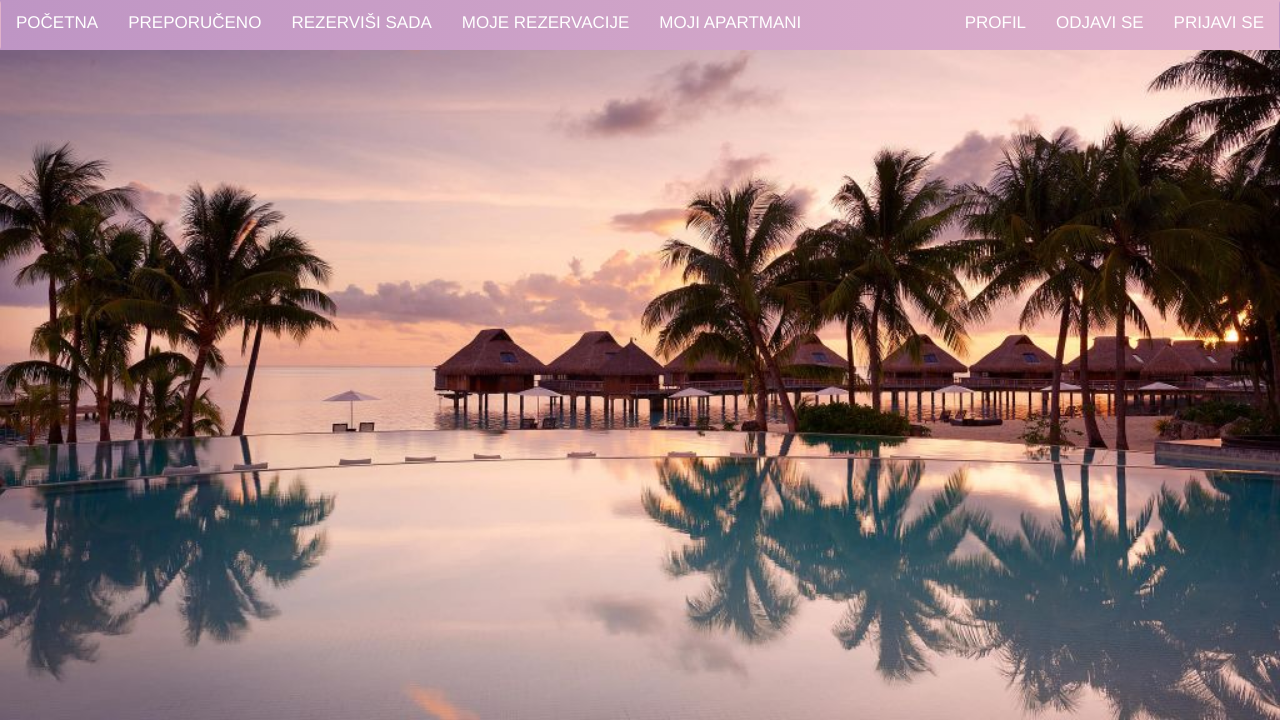
Repository: FTN-E2-materials/WEB
Page: BookingApp/static/index.html
The author's editor kept a copy of each file at every save. The page is drawn from the files as they stood at one save, then again after the next save.
The browser window is 1280 px wide. The pictures show the whole page.
The page's requests for data from a server got no answer.

Above is the page before, as saved 2020-08-27 23:15:21.

After the next save:
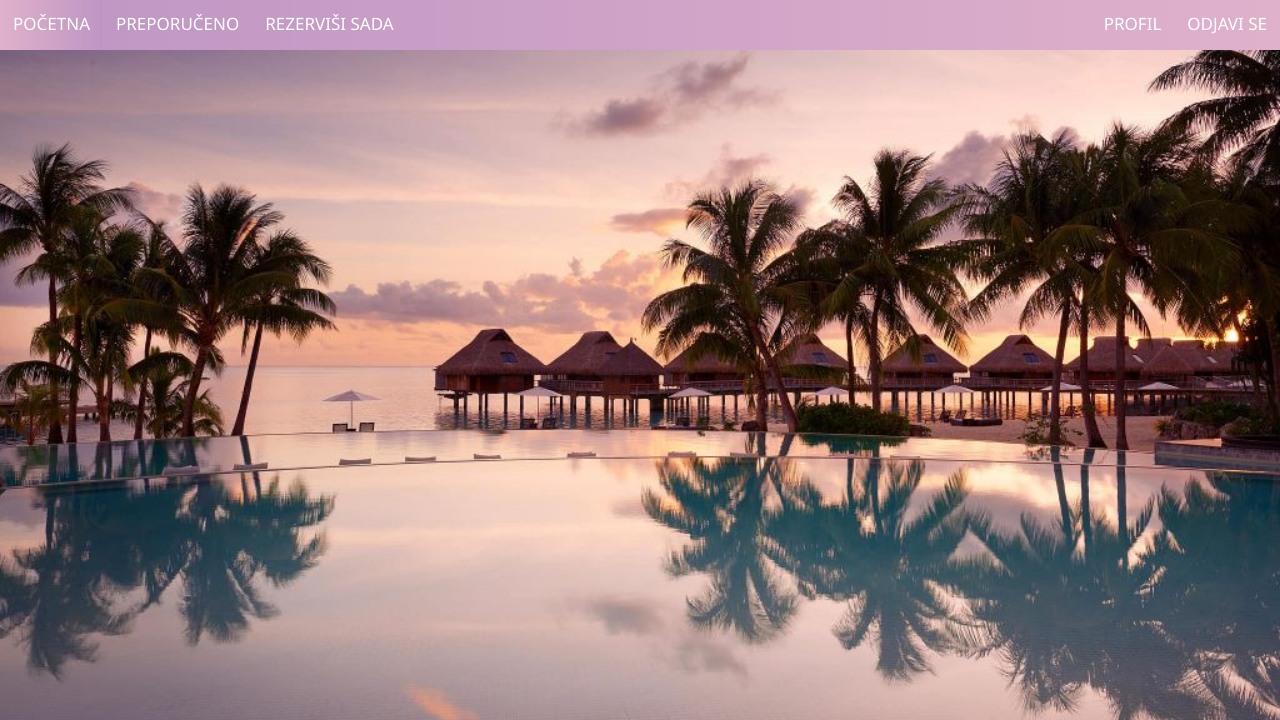
Saved 61 s later.
--- a/BookingApp/static/index.html
+++ b/BookingApp/static/index.html
@@ -3,8 +3,6 @@
 <head>
 <link href="css/startpage.css" rel="stylesheet" />
 <link href="css/bookpage.css" rel="stylesheet" />
-<link rel="stylesheet" href="https://maxcdn.bootstrapcdn.com/bootstrap/3.3.7/css/bootstrap.min.css"/>
-<link rel="stylesheet" href="https://fonts.googleapis.com/icon?family=Material+Icons"/>
 <link rel="stylesheet" href="https://cdnjs.cloudflare.com/ajax/libs/font-awesome/4.7.0/css/font-awesome.min.css"/>
 <meta http-equiv="Content-Type" content="text/html; charset=UTF-8">
 

After the save that followed:
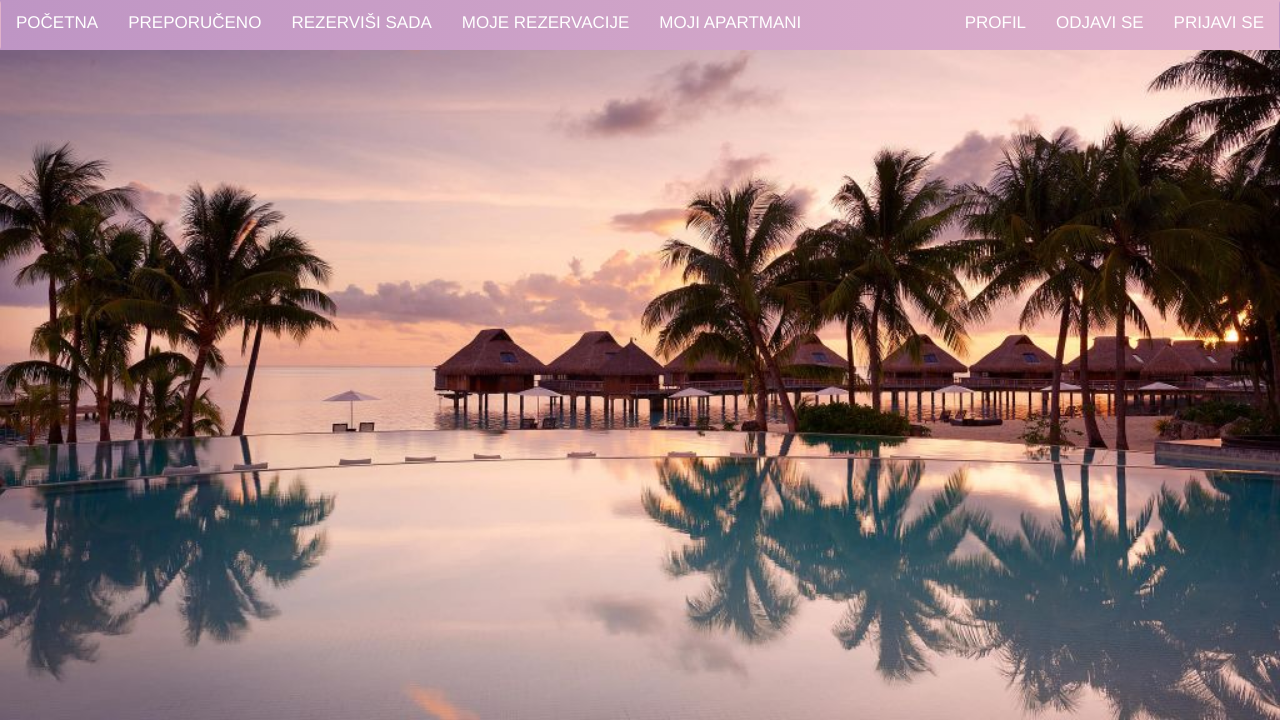
Saved 27 s later.
--- a/BookingApp/static/index.html
+++ b/BookingApp/static/index.html
@@ -3,6 +3,7 @@
 <head>
 <link href="css/startpage.css" rel="stylesheet" />
 <link href="css/bookpage.css" rel="stylesheet" />
+<link rel="stylesheet" href="https://maxcdn.bootstrapcdn.com/bootstrap/3.3.7/css/bootstrap.min.css"/>
 <link rel="stylesheet" href="https://cdnjs.cloudflare.com/ajax/libs/font-awesome/4.7.0/css/font-awesome.min.css"/>
 <meta http-equiv="Content-Type" content="text/html; charset=UTF-8">
 
